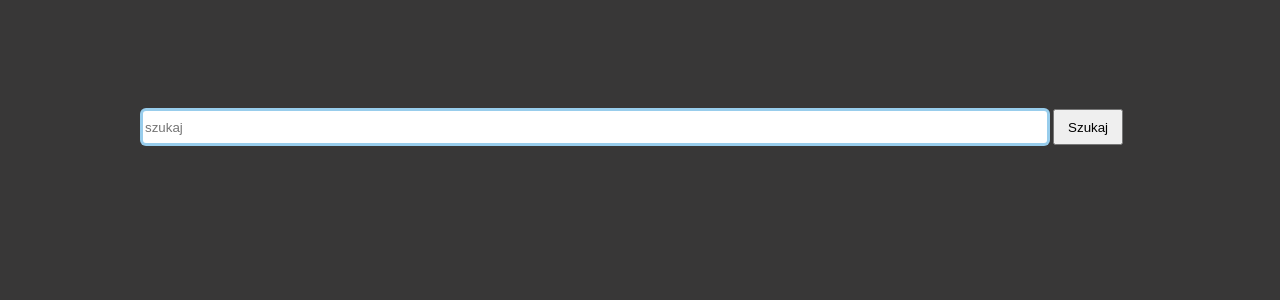
Repository: kq333/wyszukiarka-filmowa
Page: index.html
An editor plug-in stored every save of this project. The page is shown before and after a run of saves, followed by the edit.
The browser window is 1280 px wide. The pictures show the whole page.
The style sheet was rebuilt from its Sass, Less or Tailwind sources for each picture, by a compiler version that may differ from the author's.

Above is the page before, as saved 2021-01-20 22:42:14.

After the next 2 saves:
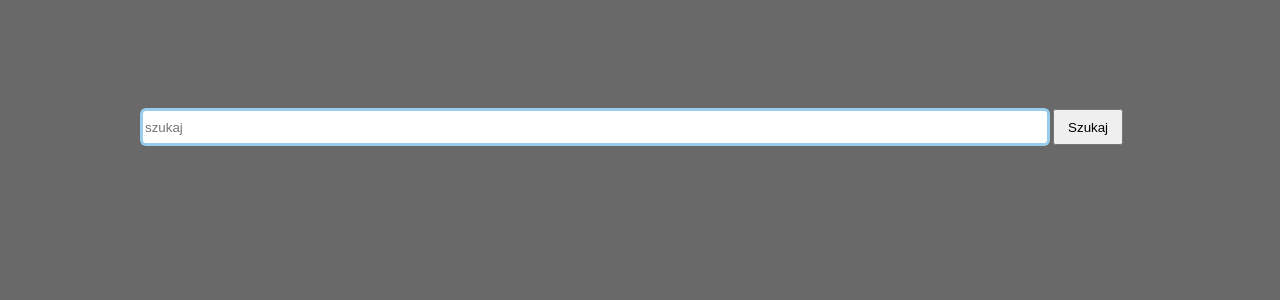
The 2 saves are shown as one change because they came seconds apart.
The last was saved 10 s later.
--- a/style/style.scss
+++ b/style/style.scss
@@ -1,5 +1,5 @@
 body{
-    background-color: rgba(7, 6, 6, 0.8);
+    background-color: rgba(7, 6, 6, 0.6);
     font-family: 'Lato', sans-serif;
 }
 

After the save that followed:
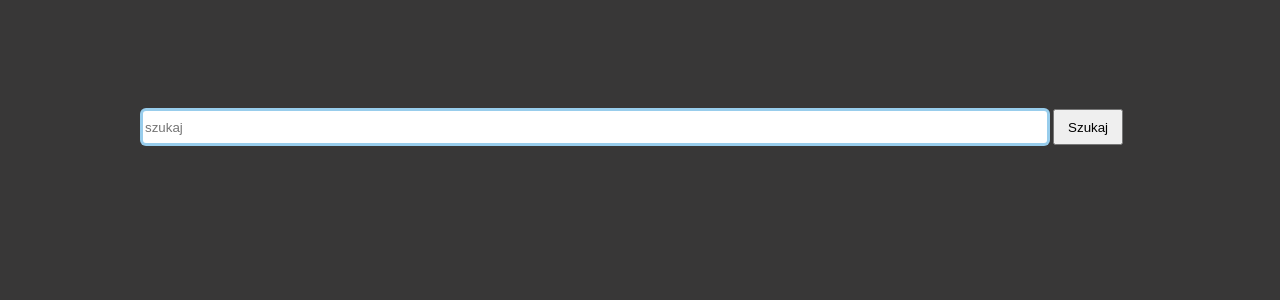
Saved 4 s later.
--- a/style/style.scss
+++ b/style/style.scss
@@ -1,5 +1,5 @@
 body{
-    background-color: rgba(7, 6, 6, 0.6);
+    background-color: rgba(7, 6, 6, 0.8);
     font-family: 'Lato', sans-serif;
 }
 
